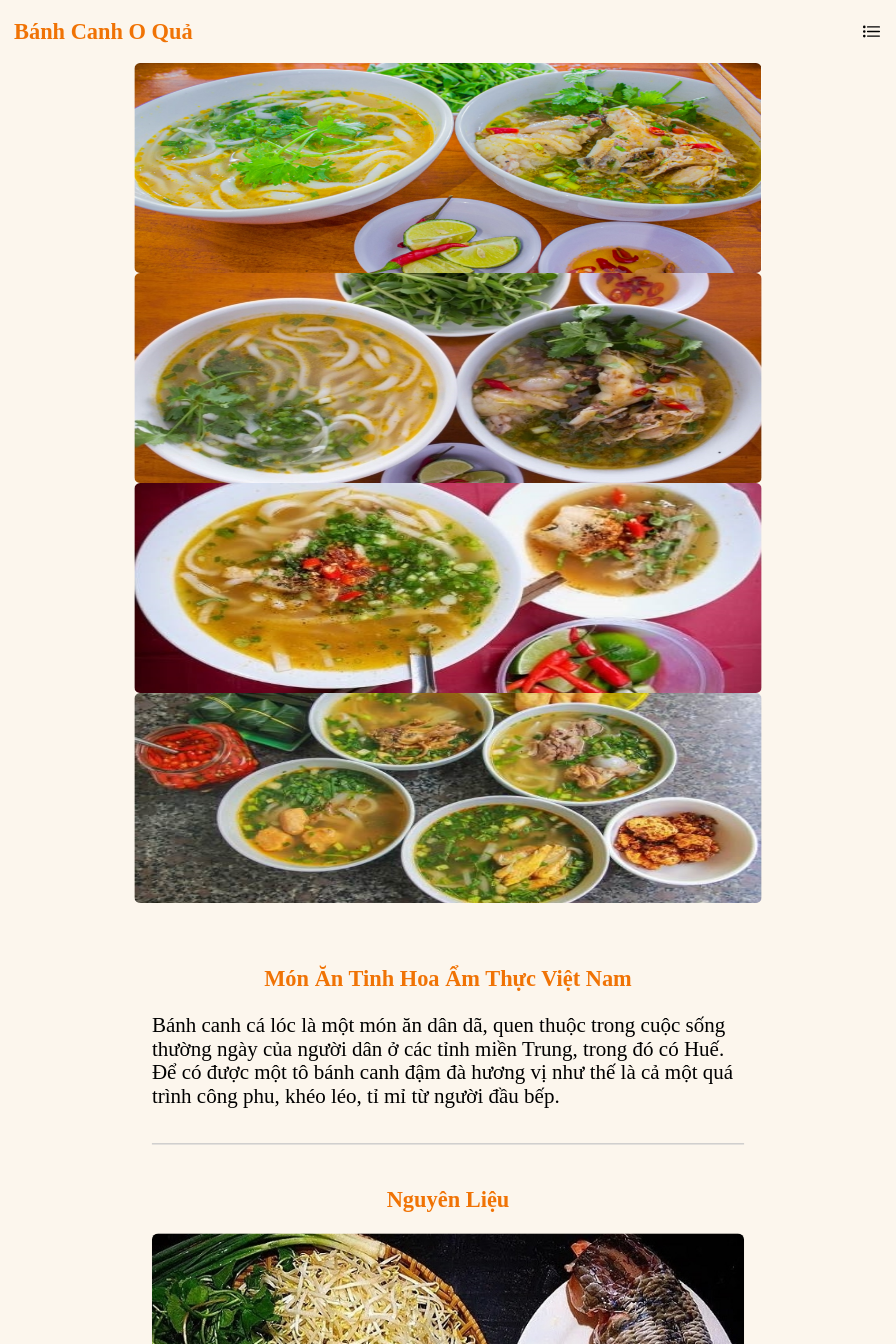
Repository: LeCongTuan2608/AmThuc
Page: public/index.html
These files come from the project's save history. The page is drawn as it stood at one moment and after the next save; the edit follows.
The browser window is 1280 px wide. The pictures show the part of the page from y = 0 to 1920 px (the page is 4127 px tall), at 70% of full size.
Some web fonts or font styles are not loaded; a fallback is used. Some web libraries are served in a nearby version. The style sheet was rebuilt from its Sass, Less or Tailwind sources for each picture, by a compiler version that may differ from the author's.

Above is the page before, as saved 2022-04-15 12:58:18.

After the next save:
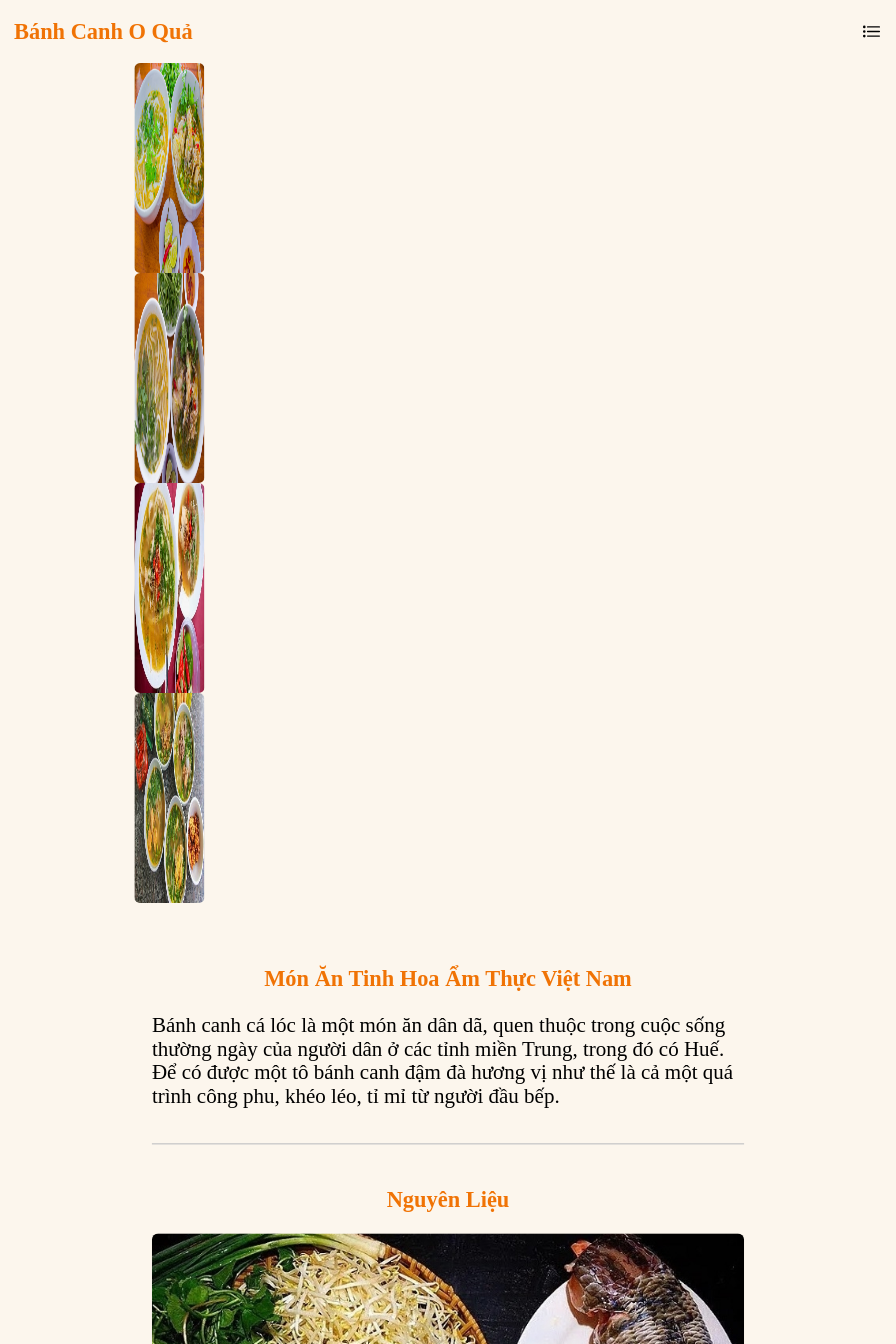
Saved 12 s later.
--- a/sass/index.scss
+++ b/sass/index.scss
@@ -49,7 +49,7 @@ main #container{
 }
 #image{
     height: 300px;
-    background-size: cover;
+    width: 100px;
 }
 #image img{
     width: 100%;
